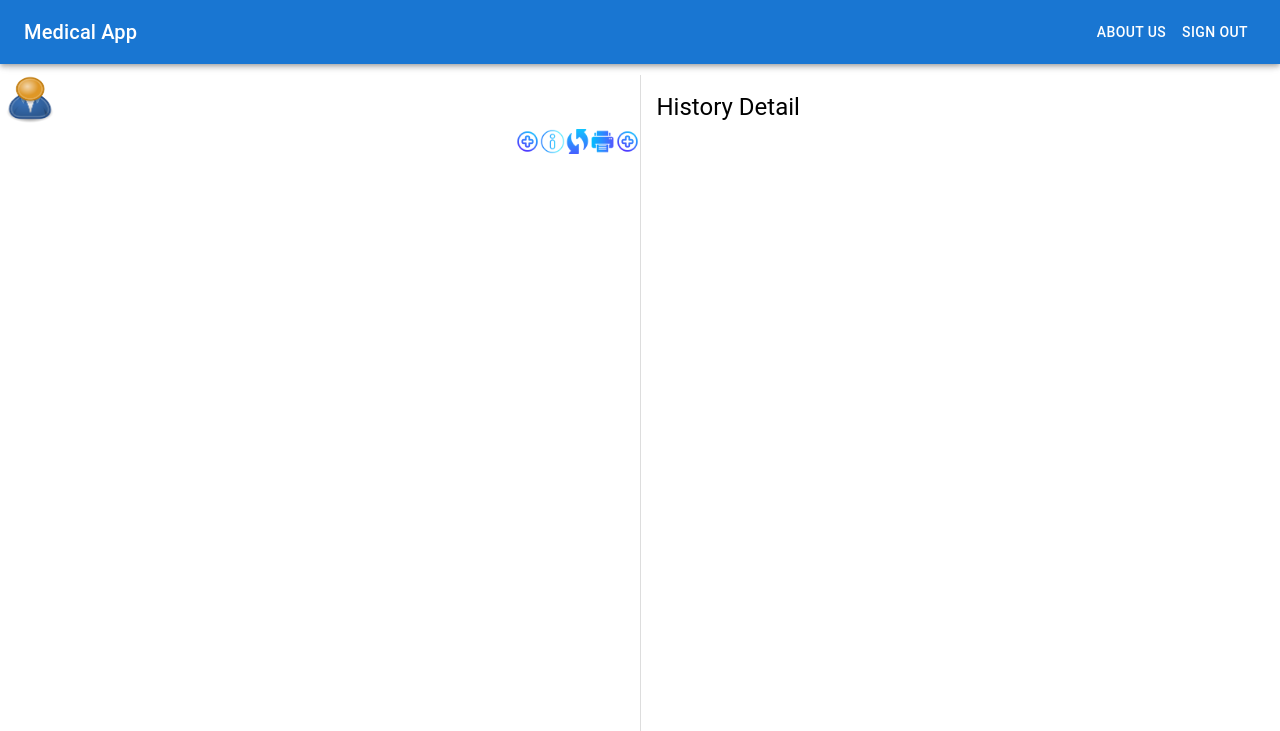
Repository: sshaiv/demo_project
Page: /
The author's editor kept a copy of each file at every save. The page is drawn from the files as they stood at one save, then again after a run of saves.
The browser window is 1280 px wide. The pictures show the whole page.
The project was rebuilt for these pictures with package versions that can differ from the ones it lists, and the page was loaded fresh each time.

Above is the page before, as saved 2024-08-12 20:49:02.

After the next 3 saves:
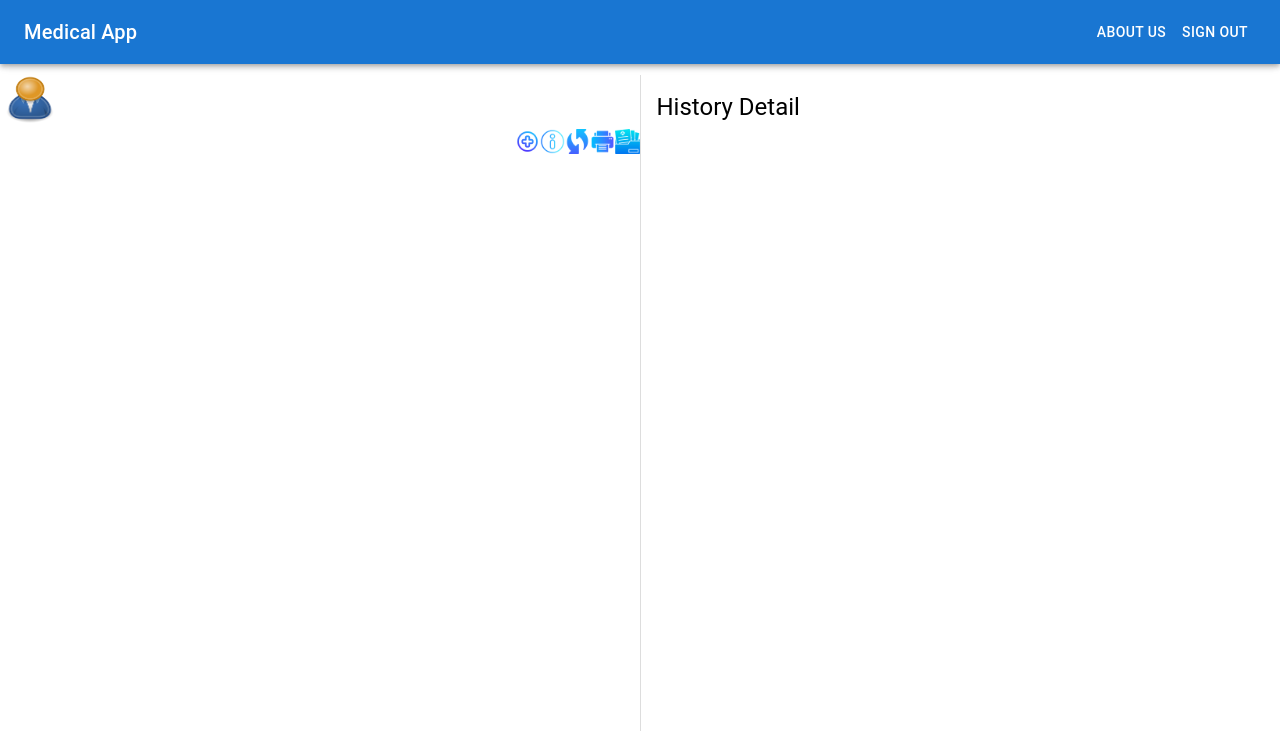
The 3 saves are shown as one change because they came seconds apart.
The last was saved 7 s later.
--- a/src/components/NursingHeader.js
+++ b/src/components/NursingHeader.js
@@ -39,7 +39,7 @@ const NursingHeader = () => {
            <img src="../assets/info-button.png" style={{ width: "25px", height: "25px" }} alt="ADD" />
            <img src="../assets/refresh.png" style={{ width: "25px", height: "25px" }} alt="ADD" />
            <img src="../assets/printer.png" style={{ width: "25px", height: "25px" }} alt="ADD" />
-           <img src="/assets/addpatients.png" style={{ width: "25px", height: "25px" }} alt="ADD" />
+           <img src="../assets/folder.png" style={{ width: "25px", height: "25px" }} alt="ADD" />
 
         </div>
       </div>
